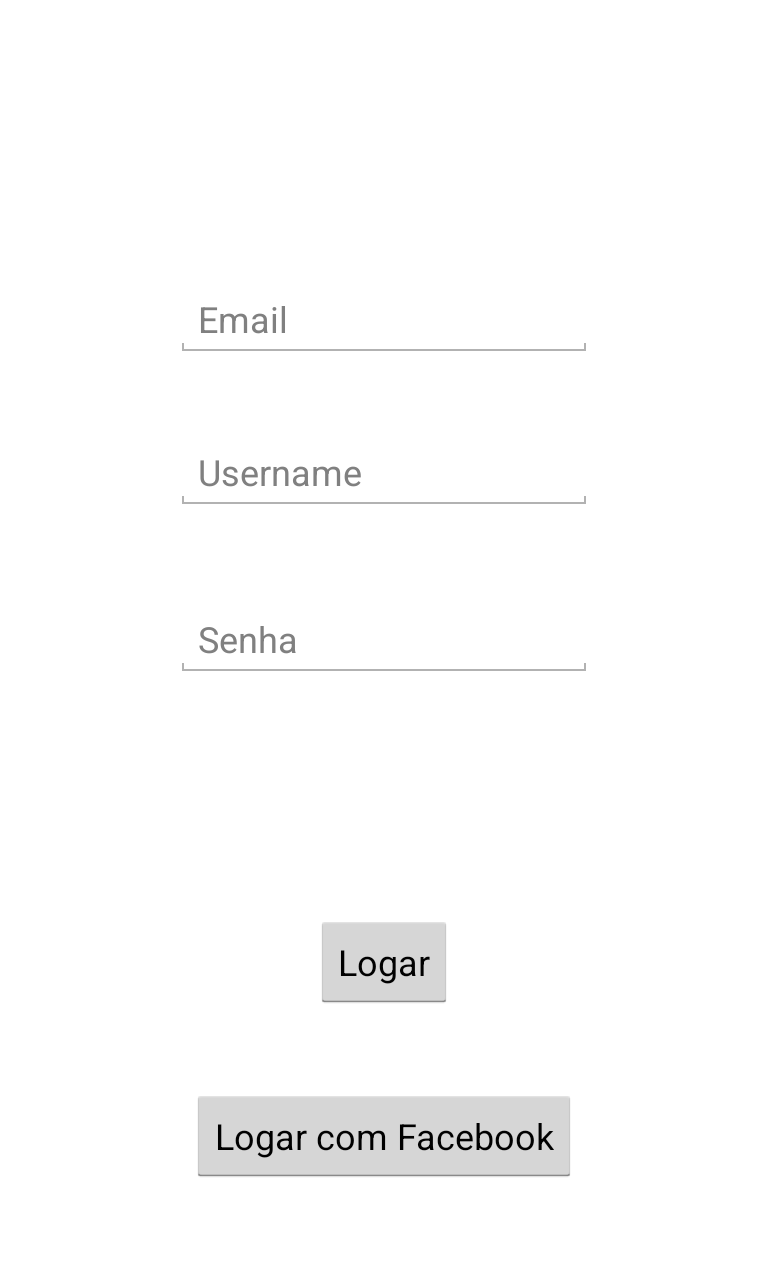
Repository: sergiofffilho/TrocandoIdeias
Layout: workspace/TrocandoIdeias/res/layout/activity_cadastro.xml
The author's editor kept a copy of each file at every save. The layout is drawn from the files as they stood at one save, then again after the next save.
It is drawn on a 768 x 1280 px phone screen (xhdpi) without system bars, with theme AppTheme; the app's code is not run. The app's manifest (not shown) leaves right-to-left support off. So textAlignment, textDirection and layoutDirection are ignored, and left and right values win over start and end ones.

Above is the layout before, as saved 2015-04-25 16:22:34.

After the next save:
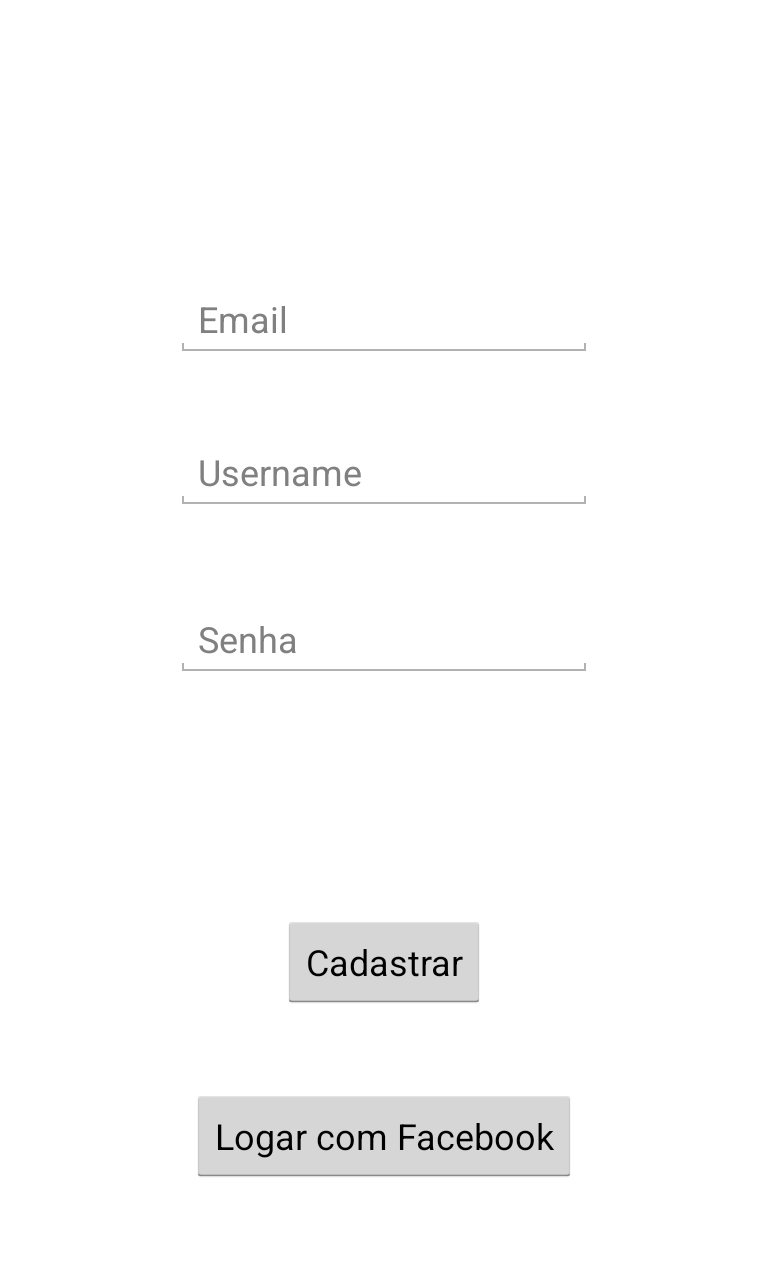
Saved 18 s later.
--- a/workspace/TrocandoIdeias/res/layout/activity_cadastro.xml
+++ b/workspace/TrocandoIdeias/res/layout/activity_cadastro.xml
@@ -45,7 +45,7 @@
         android:layout_above="@+id/button2"
         android:layout_centerHorizontal="true"
         android:layout_marginBottom="39dp"
-        android:text="@string/logar" />
+        android:text="@string/cadastro" />
 
     <EditText
         android:id="@+id/editText3"
